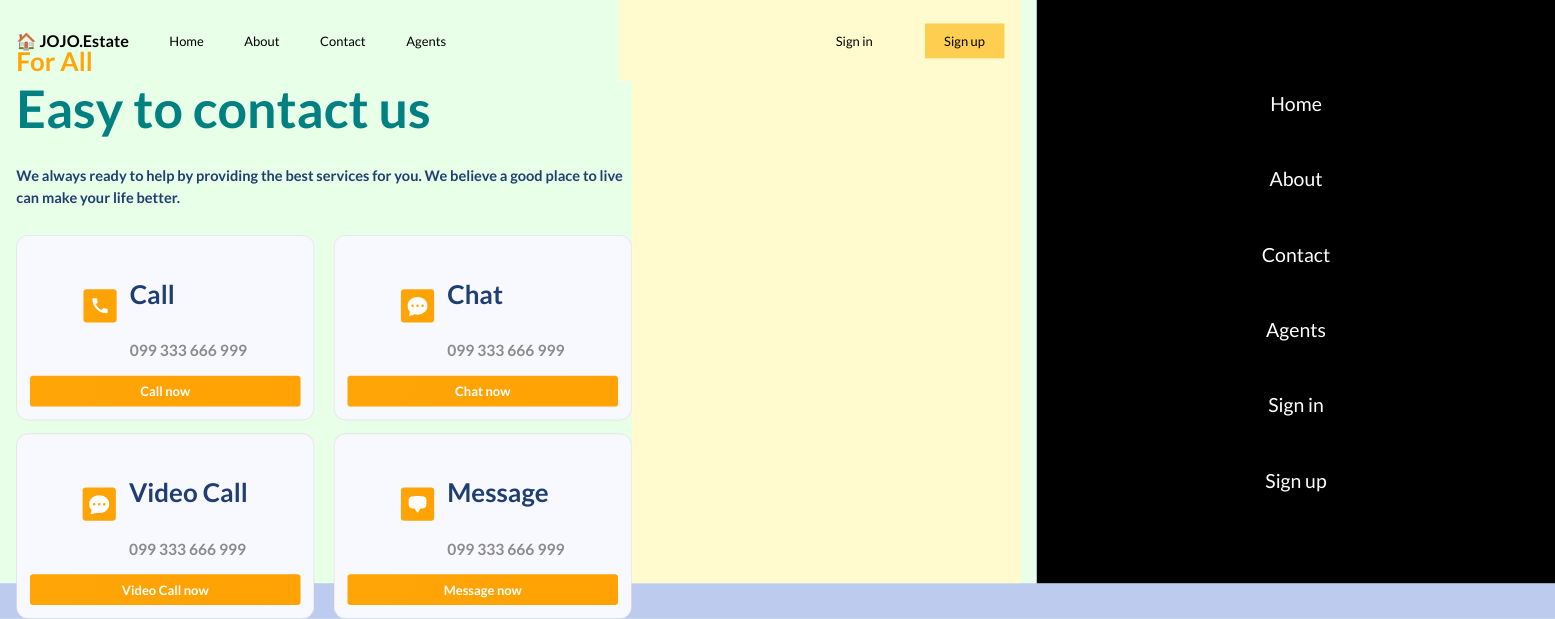
Repository: AiTrinh303/JOJO-estate
Page: /contact (app in client/)
The author's editor kept a copy of each file at every save. The page is drawn from the files as they stood at one save, then again after the next save.
The browser window is 1280 px wide. The page is 1920 px wide, so the pictures cover 1920 px, including what lies to the right of the window. The pictures show the whole page, at 81% of full size.
The page's requests for data from a server got no answer. The project was rebuilt for these pictures with package versions that can differ from the ones it lists, and the page was loaded fresh each time. No one was signed in, and anything a server would have sent is missing. Also part of the build but not shown: client/vite.config.js, client/src/components/searchBar/searchBar.scss, client/src/components/searchBar/SearchBar.jsx, client/src/routes/homePage/homePage.scss, client/src/routes/homePage/homePage.jsx, client/src/routes/listPage/listPage.scss, client/src/components/filter/filter.scss, client/src/components/filter/Filter.jsx and 30 more. Imported but missing from the stored project, and not drawn on this page: client/src/components/uploadWidget/UploadWidget.

Above is the page before, as saved 2024-10-15 15:08:25.

After the next save:
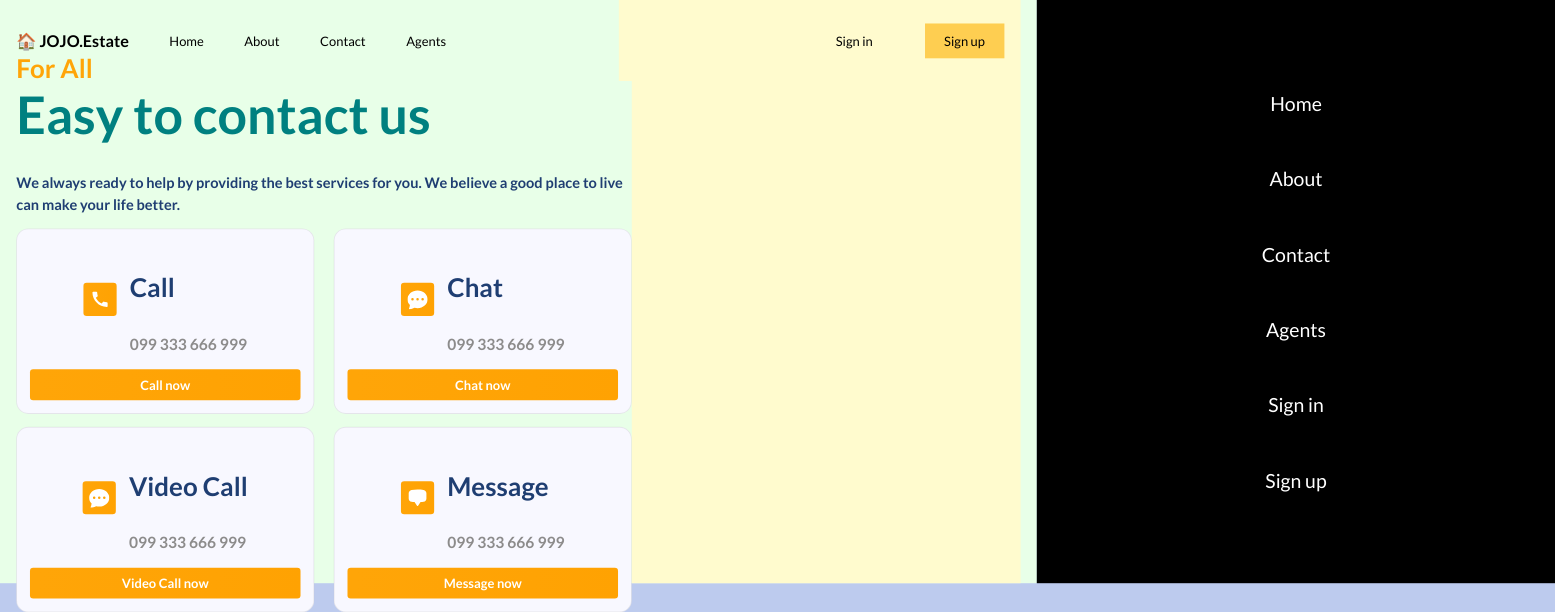
Saved 8 s later.
--- a/client/src/routes/contactPage/contactPage.scss
+++ b/client/src/routes/contactPage/contactPage.scss
@@ -34,7 +34,7 @@
         flex-direction: column;
         justify-content: center;
         align-items: flex-start;
-        margin-top: 2rem;
+        margin-top: 1rem;
         gap: 1rem;
 
         .row{

After the save that followed:
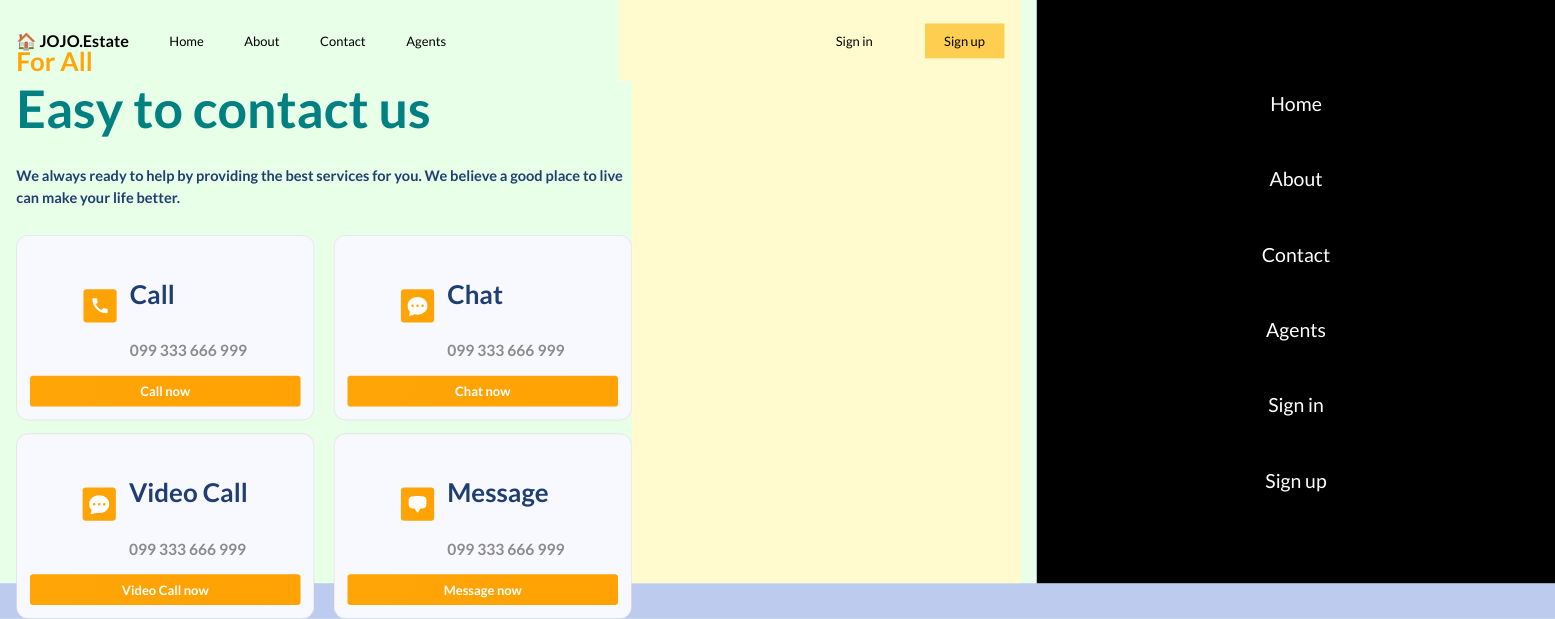
Saved 4 s later.
--- a/client/src/routes/contactPage/contactPage.scss
+++ b/client/src/routes/contactPage/contactPage.scss
@@ -34,7 +34,7 @@
         flex-direction: column;
         justify-content: center;
         align-items: flex-start;
-        margin-top: 1rem;
+        margin-top: 2rem;
         gap: 1rem;
 
         .row{
